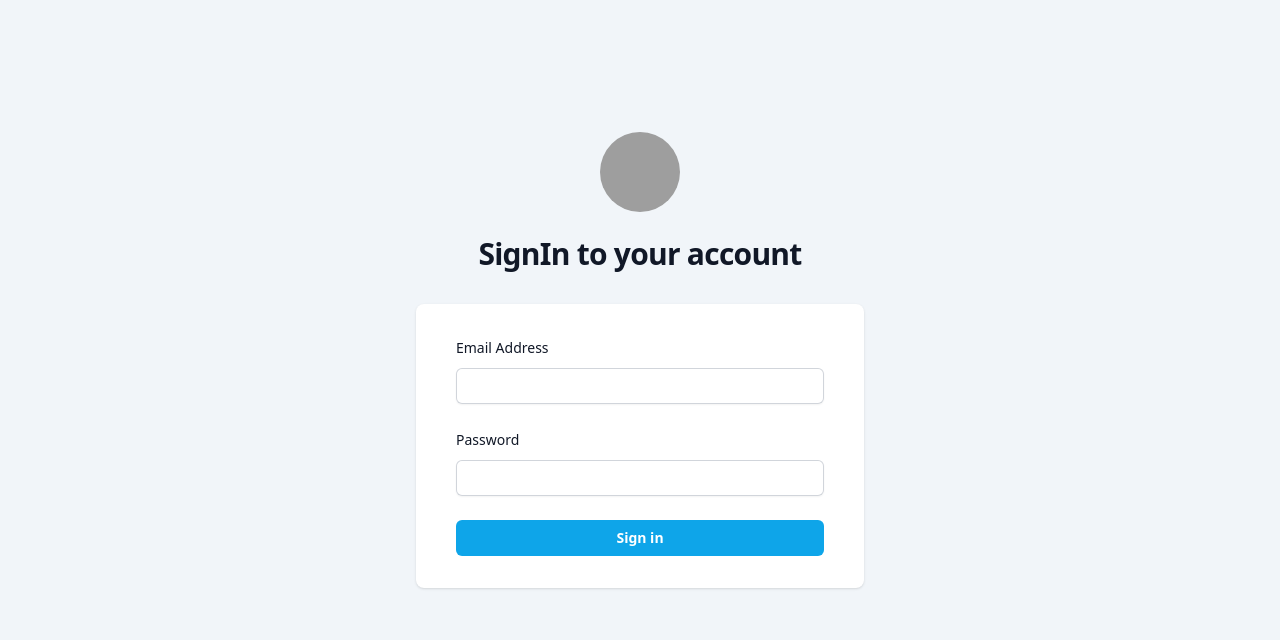
Repository: zecht12/zechtchat
Page: /
The author's editor kept a copy of each file at every save. The page is drawn from the files as they stood at one save, then again after a run of saves.
The browser window is 1280 px wide. The pictures show the whole page.
Pictures or frames that could not be fetched are drawn as grey boxes. The page's requests for data from a server got no answer. The project was rebuilt for these pictures with package versions that can differ from the ones it lists, and the page was loaded fresh each time. The framework's server and built-in components were replaced by stand-ins that run in the browser. No one was signed in, and anything a server would have sent is missing. Also part of the build but not shown: next.config.js.

Above is the page before, as saved 2023-05-15 10:05:05.

### app/layout.tsx
import './globals.css'
import AuthContext from './context/AuthContext'

export const metadata = {
  title: 'ZechtChat',
  description: 'ZechtChat',
}

export default function RootLayout({
  children,
}: {
  children: React.ReactNode
}) {
  return (
    <html lang="en">
      <body>
        <AuthContext>
          {children}
        </AuthContext>
      </body>
    </html>
  )
}

### app/(site)/page.tsx
import Image from "next/image";
import Link from "next/link";
import { AuthForm } from "./components/AuthForm";

export default function Home() {
  return (
    <div className="flex min-h-full bg-slate-100 flex-col justify-center py-12 sm:px-6 lg:px-8">
      <div className="sm:mx-auto sm:w-full sm:max-w-md">
        <Link href="/">
          <Image src="/assets/logo.png" alt="logo" width={100} height={100} className="rounded-full w-[80px] mx-auto h-[80px] cursor-pointer hover:scale-110 " />
          <h2 className="mt-6 text-center font-bold text-3xl tracking-tight text-gray-900">
            SignIn to your account
          </h2>
        </Link>
      </div>
      <AuthForm/>
    </div>
  )
}

### app/globals.css
@tailwind base;
@tailwind components;
@tailwind utilities;

html,body,:root{
  height: 100%;
}

### app/context/AuthContext.tsx
"use client";

import { SessionProvider } from "next-auth/react";

export interface AuthContextProps {
    children: React.ReactNode;
}

export default function AuthContext({
    children
}: AuthContextProps) {
    return <SessionProvider>{children}</SessionProvider>;
}

### app/(site)/components/AuthForm.tsx
'use client';

import { signIn, useSession } from 'next-auth/react'
import { useRouter } from 'next/router';
import { FieldValues, SubmitHandler, useForm } from 'react-hook-form';
import React, { useCallback, useEffect, useState } from 'react'
import axios from 'axios';
import { toast } from "react-hot-toast";
import Input from '@/app/components/inputs/Input';
import Button from '@/app/components/Button';

type Variant = 'LOGIN' | 'REGISTER';

export const AuthForm = () => {
    const session = useSession();
    const router = useRouter();
    const [variant, setVariant] = useState<Variant>('LOGIN');
    const [isLoading, setIsLoading] = useState(false);

    useEffect(() => {
        if (session?.status === 'authenticated') {
            router.push('/conversations')
        }
    }, [session?.status, router]);

    const toggleVariant = useCallback(() => {
        if (variant === 'LOGIN') {
            setVariant('REGISTER');
        } else {
            setVariant('LOGIN');
        }
    }, [variant]);

        const {register,handleSubmit,formState: {errors,}} = useForm<FieldValues>({
            defaultValues: {
                name: '',
                email: '',
                password: ''
            }
        });

        const onSubmit: SubmitHandler<FieldValues> = (data) => {
            setIsLoading(true);
            if (variant === 'REGISTER') {
            axios.post('/api/register', data)
            .then(() => signIn('credentials', {
                ...data,
                redirect: false,
            }))
            .then((callback) => {
                if (callback?.error) {
                toast.error('Invalid credentials!');
                }
                if (callback?.ok) {
                router.push('/conversations')
                }
            })
            .catch(() => toast.error('Something went wrong!'))
            .finally(() => setIsLoading(false))
            }
            if (variant === 'LOGIN') {
            signIn('credentials', {
                ...data,
                redirect: false
            })
            .then((callback) => {
                if (callback?.error) {
                toast.error('Invalid credentials!');
                }
                if (callback?.ok) {
                router.push('/conversations')
                }
            })
            .finally(() => setIsLoading(false))
            }
        }

        const socialAction = (action: string) => {
            setIsLoading(true);
            signIn(action, { redirect: false })
            .then((callback) => {
                if (callback?.error) {
                toast.error('Invalid credentials!');
                }
                if (callback?.ok) {
                router.push('/conversations')
                }
            })
            .finally(() => setIsLoading(false));
        }

    return (
        <div className='mt-8 sm:mx-auto sm:w-full sm:max-w-md'>
            <div className='bg-white px-4 py-8 shadow sm:rounded-lg sm:px-10'>
                <form className='space-y-6' onSubmit={handleSubmit(onSubmit)}>
                    {variant === 'REGISTER' && (
                        <Input id='name' label='Name' register={register} errors={errors} />
                    )}
                    <Input id='email' label='Email Address' register={register} errors={errors} />
                    <Input id='password' label='Password' register={register} errors={errors} />
                    <div>
                        <Button disabled={isLoading} fullWidth type="submit">
                            {variant === 'LOGIN' ? 'Sign in' : 'Register'}
                        </Button>
                    </div>
                </form>
                <div>
                </div>
            </div>
        </div>
    )
}

### app/components/inputs/Input.tsx
'use client';

import clsx from "clsx";
import { FieldErrors, FieldValues, UseFormRegister } from "react-hook-form";

interface InputProps {
    label: string;
    id: string;
    type?: string;
    required?: boolean;
    register: UseFormRegister<FieldValues>,
    errors: FieldErrors
    disabled?: boolean;
}

const Input: React.FC<InputProps> = ({label,id,register,required,errors,type = 'text',disabled,}) => {
    return (
        <div>
            <label htmlFor={id} className="block text-sm font-medium leading-6 text-gray-900">
                {label}
            </label>
            <div className="mt-2">
                <input id={id} type={type} autoComplete={id}disabled={disabled} {...register(id, { required })}className={clsx(`form-input block w-full rounded-md border-0 py-1.5 text-gray-900 shadow-sm ring-1 ring-inset ring-gray-300 placeholder:text-gray-400 focus:ring-2 focus:ring-inset focus:ring-sky-600 sm:text-sm sm:leading-6`, errors[id] && 'focus:ring-rose-500', disabled && 'opacity-50 cursor-default')}/>
            </div>
        </div>
    );
}

export default Input;

### app/components/Button.tsx
import clsx from "clsx";

interface ButtonProps {
    type?: "button" | "submit" | "reset" | undefined;
    fullWidth?: boolean;
    children?: React.ReactNode;
    onClick?: () => void;
    secondary?: boolean;
    danger?: boolean;
    disabled?: boolean;
}

const Button: React.FC<ButtonProps> = ({type = "button",fullWidth,children,onClick,secondary,danger,disabled,}) => {
    return (
        <button onClick={onClick} type={type} disabled={disabled} className={clsx(`flex justify-center rounded-md px-3 py-2 text-sm font-semibold focus-visible:outline focus-visible:outline-2 focus-visible:outline-offset-2 `,disabled && 'opacity-50 cursor-default',fullWidth && 'w-full',secondary ? 'text-gray-900' : 'text-white',danger && 'bg-rose-500 hover:bg-rose-600 focus-visible:outline-rose-600',!secondary && !danger && 'bg-sky-500 hover:bg-sky-600 focus-visible:outline-sky-600')}>
            {children}
        </button>
    );
}

export default Button;

### tailwind.config.js
/** @type {import('tailwindcss').Config} */
module.exports = {
  content: [
    './pages/**/*.{js,ts,jsx,tsx,mdx}',
    './components/**/*.{js,ts,jsx,tsx,mdx}',
    './app/**/*.{js,ts,jsx,tsx,mdx}',
  ],
  theme: {
    extend: {},
  },
  plugins: [
    require("@tailwindcss/forms")({
      strategy: 'class'
    })
  ],
}

Loaded but not shown: app/(site)/layout.tsx (common file)

After the next 3 saves:
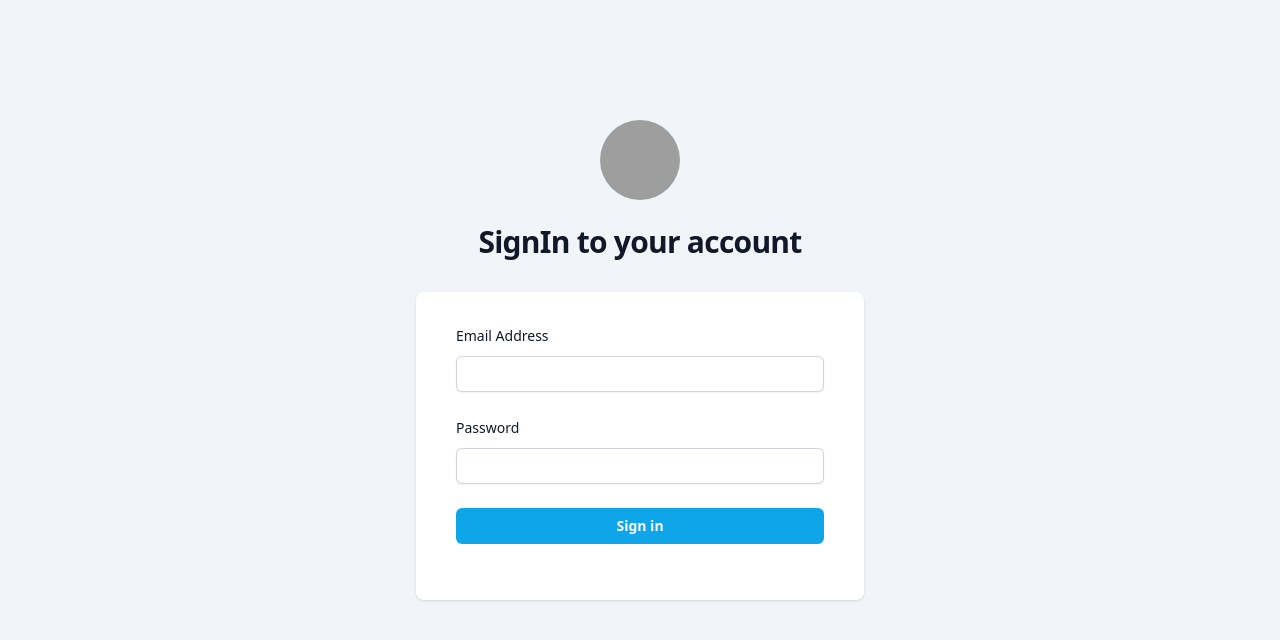
The 3 saves are shown as one change because they came seconds apart.
The last was saved 11 s later.
--- a/app/(site)/components/AuthForm.tsx
+++ b/app/(site)/components/AuthForm.tsx
@@ -104,7 +104,7 @@ export const AuthForm = () => {
                         </Button>
                     </div>
                 </form>
-                <div>
+                <div className='mt-6'>
                 </div>
             </div>
         </div>
